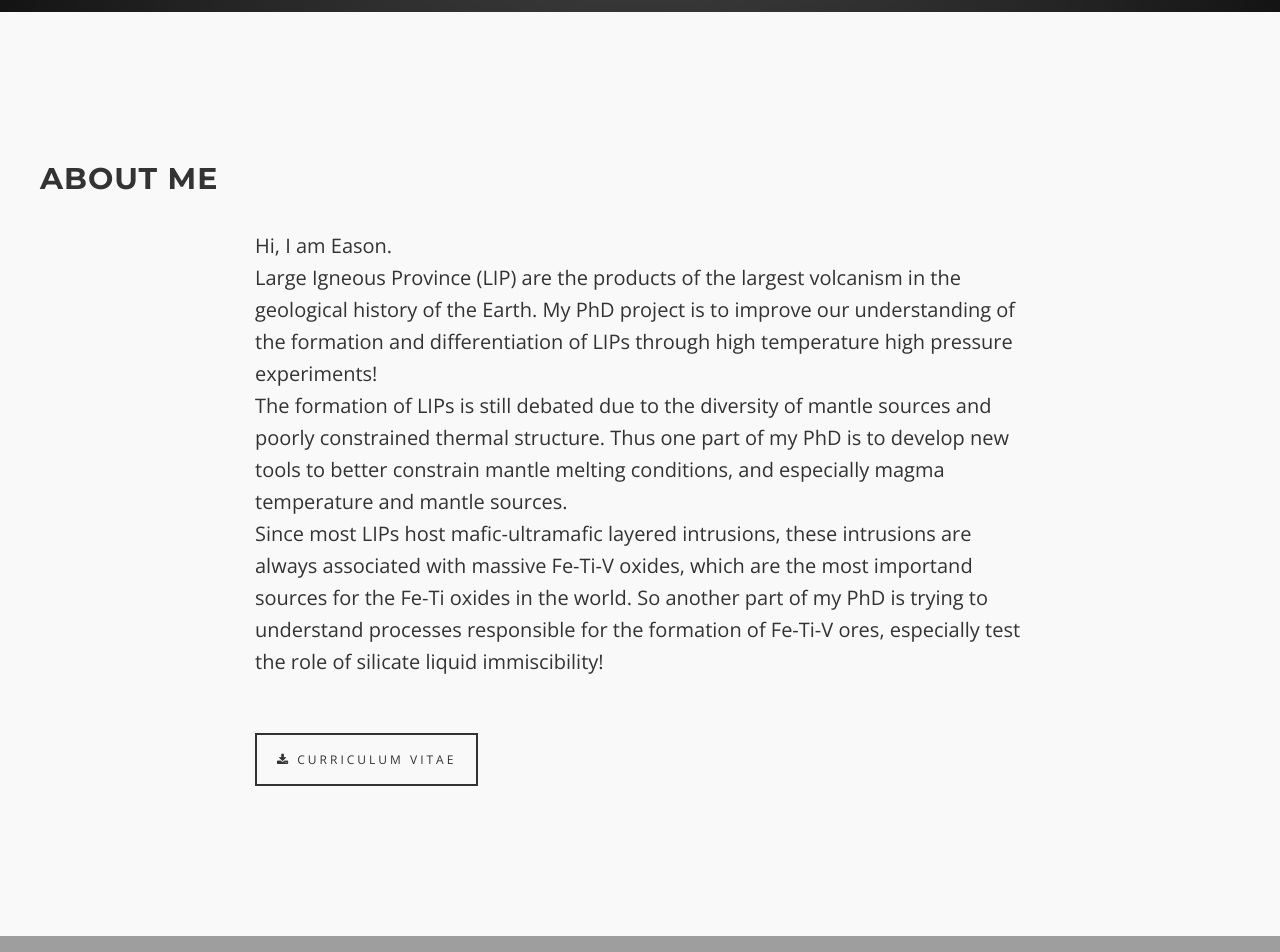
Repository: eazzzon/eazzzon.github.io
Page: aries-v1.0/index.html
These files come from the project's save history. The page is drawn as it stood at one moment and after the next save; the edit follows.
The browser window is 1280 px wide. The pictures show the part of the page from y = 708 to 1660 px (the page is 2916 px tall).
Pictures or frames that could not be fetched are drawn as grey boxes.

Above is the page before, as saved 2021-06-12 09:30:35.

### aries-v1.0/index.html
<!DOCTYPE html>
<html lang="en">
<head>
<meta charset="utf-8">
<meta http-equiv="X-UA-Compatible" content="IE=edge">
<meta name="viewport" content="width=device-width, initial-scale=1">
<meta name="description" content="">
<meta name="author" content="">
<title>ARIES - Free Bootstrap Theme by WowThemes.net</title>
<!-- Bootstrap Core CSS -->
<link href="css/bootstrap.min.css" rel="stylesheet">
<!-- Custom CSS -->
<link href="css/theme.css" rel="stylesheet">
<!-- Custom Fonts -->
<link href="font-awesome/css/font-awesome.min.css" rel="stylesheet" type="text/css">
<link href="http://fonts.googleapis.com/css?family=Open+Sans:300,400,700,400italic,700italic" rel="stylesheet" type="text/css">
<link href="http://fonts.googleapis.com/css?family=Montserrat:400,700" rel="stylesheet" type="text/css">
<!-- HTML5 Shim and Respond.js IE8 support of HTML5 elements and media queries -->
<!-- WARNING: Respond.js doesn't work if you view the page via file:// -->
<!--[if lt IE 9]>
        <script src="https://oss.maxcdn.com/libs/html5shiv/3.7.0/html5shiv.js"></script>
        <script src="https://oss.maxcdn.com/libs/respond.js/1.4.2/respond.min.js"></script>
    <![endif]-->
</head>
<body id="page-top" data-spy="scroll" data-target=".navbar-fixed-top">
<!-- Navigation -->
<nav class="navbar navbar-custom navbar-fixed-top" role="navigation">
<div class="container">
	<div class="navbar-header">
		<button type="button" class="navbar-toggle" data-toggle="collapse" data-target=".navbar-main-collapse">
		<i class="fa fa-bars"></i>
		</button>
		<a class="navbar-brand page-scroll" href="index.html">
		YISHEN </a>
	</div>
	<!-- Collect the nav links, forms, and other content for toggling -->
	<div class="collapse navbar-collapse navbar-right navbar-main-collapse">
		<ul class="nav navbar-nav">
			<li>
			<a href="index.html">Home</a>
			</li>
			<li>
			<a href="portfolio-item.html">publication</a>
			</li>
			<li>
			<a href="page-sample.html">blog</a>
			</li>
			<li>
			<a href="contact.html">open source</a>
			</li>
		</ul>
	</div>
	<!-- /.navbar-collapse -->
</div>
<!-- /.container -->
</nav>
<!-- Intro Header -->
<header class="intro">
<div class="intro-body">
	<div class="container">
		<div class="row">
			<div class="col-md-8 col-md-offset-2">
				<h1 class="brand-heading">YISHEN ZHANG</h1>
				<p class="intro-text">
					PhD | Experimental petrologist | KU Leuven
				</p>
				<a href="#about" class="btn btn-circle page-scroll">
				<i class="fa fa-angle-double-down animated"></i>
				</a>
			</div>
		</div>
	</div>
</div>
</header>
<!-- About Section -->
<section id="about">
<div class="container content-section">
	<div class="row">
		<h2 >ABOUT ME</h2>
		<div class="col-lg-8 col-lg-offset-2">
			<p>
				Hi, I am Eason.
				<br>
				Large Igneous Province (LIP) are the products of the largest volcanism in the geological history of the Earth. My PhD project is to improve our understanding of the formation and differentiation of LIPs through high temperature high pressure experiments!
				<br>
				The formation of LIPs is still debated due to the diversity of mantle sources and poorly constrained thermal structure. Thus one part of my PhD is to develop new tools to better constrain mantle melting conditions, and especially magma temperature and mantle sources.
				<br>
				Since most LIPs host mafic-ultramafic layered intrusions, these intrusions are always associated with massive Fe-Ti-V oxides, which are the most importand sources for the Fe-Ti oxides in the world. So another part of my PhD is trying to understand processes responsible for the formation of Fe-Ti-V ores, especially test the role of silicate liquid immiscibility!

			</p>
			<p>
				<a href="#" class="btnghost"><i class="fa fa-download"></i> Curriculum Vitae</a>
			</p>
		</div>
	</div>
</div>
</section>
<section id="portfolio">
<div class="gallery">
	<ul>
		<li class="col-md-3">
		<a href="portfolio-item.html">
		<img src="http://unsplash.it/680/380?random=1" alt="">
		</a>
		</li>
		<li class="col-md-3">
		<a href="portfolio-item.html">
		<img src="http://unsplash.it/680/380?random=2" alt="">
		</a>
		</li>
		<li class="col-md-3">
		<a href="portfolio-item.html">
		<img src="http://unsplash.it/680/380?random=3" alt="">
		</a>
		</li>
		<li class="col-md-3">
		<a class="image" href="portfolio-item.html">
		<img src="http://unsplash.it/680/380?random=4" alt="">
		</a>
		</li>
		<li class="col-md-3">
		<a href="portfolio-item.html">
		<img src="http://unsplash.it/680/380?random=5" alt="">
		</a>
		</li>
		<li class="col-md-3">
		<a href="portfolio-item.html">
		<img src="http://unsplash.it/680/380?random=6" alt="">
		</a>
		</li>
		<li class="col-md-3">
		<a href="portfolio-item.html">
		<img src="http://unsplash.it/680/380?random=7" alt="">
		</a>
		</li>
		<li class="col-md-3">
		<a href="portfolio-item.html">
		<img src="http://unsplash.it/680/380?random=8" alt="">
		</a>
		</li>
				<li class="col-md-3">
		<a href="portfolio-item.html">
		<img src="http://unsplash.it/680/380?random=10" alt="">
		</a>
		</li>
		<li class="col-md-3">
		<a href="portfolio-item.html">
		<img src="http://unsplash.it/680/380?random=11" alt="">
		</a>
		</li>
		<li class="col-md-3">
		<a href="portfolio-item.html">
		<img src="http://unsplash.it/680/380?random=12" alt="">
		</a>
		</li>
		<li class="col-md-3">
		<a href="portfolio-item.html">
		<img src="http://unsplash.it/680/380?random=13" alt="">
		</a>
		</li>
	</ul>
</div>
</section>
<!-- Contact Section -->
<section id="contact">
<div class="container content-section text-center">
	<div class="row">
		<div class="col-lg-8 col-lg-offset-2">
			<h2>Author's Message</h2>
			<p>
				 If you like "Aries" template, we'd love to hear from you, whether it be feedback, thanks, new template ideas or even just to say hello, we welcome it all!
			</p>
			<p>
				<i><a href="mailto:wowthemesnet@gmail.com" style="border-bottom:1px dashed #ccc;">wowthemesnet@gmail.com</a></i>
			</p>
			<ul class="list-inline banner-social-buttons">
				<li>
				<a href="https://twitter.com/wowthemesnet" class="btn btnghost btn-lg"><i class="fa fa-twitter fa-fw"></i><span class="network-name">Twitter</span></a>
				</li>
				<li>
				<a href="https://www.facebook.com/pages/wowthemesnet/562560840468823" class="btn btnghost btn-lg"><i class="fa fa-facebook fa-fw"></i><span class="network-name">Facebook</span></a>
				</li>
				<li>
				<a href="https://plus.google.com/u/0/b/110916582192388695332/110916582192388695332/posts" class="btn btnghost btn-lg"><i class="fa fa-google-plus fa-fw"></i><span class="network-name">Google+</span></a>
				</li>
			</ul>
		</div>
	</div>
</div>
</section>
<!-- Footer -->
<footer>
<div class="container text-center">
	<p class="credits">
		Copyright &copy; Your Website 2015<br/>
		"Aries" Template by WowThemes.net
	</p>
</div>
</footer>
<!-- jQuery -->
<script src="js/jquery.js"></script>
<!-- Bootstrap Core JavaScript -->
<script src="js/bootstrap.min.js"></script>
<!-- Plugin JavaScript -->
<script src="js/jquery.easing.min.js"></script>
<!-- Custom Theme JavaScript -->
<script src="js/theme.js"></script>
</body>
</html>

### aries-v1.0/css/theme.css
/* Aries v1.0 - by WowThemes.net */
body {
	width:100%;
	height:100%;
	font-family:Open Sans,"Helvetica Neue",Helvetica,Arial,sans-serif;
	color:#fff;
	background-color:#000;
	 font-weight:300;
}
html {
	width:100%;
	height:100%;
}
h1,h2,h3,h4,h5,h6 {
	margin:0 0 35px;
	text-transform:uppercase;
	font-family:Montserrat,"Helvetica Neue",Helvetica,Arial,sans-serif;
	font-weight:700;
	letter-spacing:1px;
}
p {
	margin:0 0 25px;
	font-size:18px;
	line-height:1.5;
}
@media(min-width:768px) {
	p {
		margin:0 0 35px;
		font-size:20px;
		line-height:1.6;
	}
}
a {
	color:inherit;
	-webkit-transition:all .2s ease-in-out;
	-moz-transition:all .2s ease-in-out;
	transition:all .2s ease-in-out;
}
a:hover,a:focus {
	text-decoration:none;
	color:inherit;
}
.light {
	font-weight:400;
}
.navbar-custom {
	margin-bottom:0;
	border-bottom:1px solid rgba(255,255,255,.3);
	text-transform:uppercase;
	font-family:Montserrat,"Helvetica Neue",Helvetica,Arial,sans-serif;
	background-color:#000;
}
.navbar-custom .navbar-brand {
	font-size:20px;
	text-transform:none;
	letter-spacing:1px;
}
.navbar-custom .navbar-brand:focus {
	outline:0;
}
.navbar-custom .navbar-brand .navbar-toggle {
	padding:4px 6px;
	font-size:16px;
	color:#fff;
}
.navbar-custom .navbar-brand .navbar-toggle:focus,.navbar-custom .navbar-brand .navbar-toggle:active {
	outline:0;
}
.navbar-custom a {
}
.navbar-custom .nav li a {
	-webkit-transition:background .3s ease-in-out;
	-moz-transition:background .3s ease-in-out;
	transition:background .3s ease-in-out;
}
.navbar-custom .nav li a:hover {
	outline:0;
	color:#1ba39c;
	background-color:transparent;
}
.navbar-custom .nav li a:focus,.navbar-custom .nav li a:active {
	outline:0;
	background-color:transparent;
}
.navbar-custom .nav li.active {
	outline:0;
}
.navbar-custom .nav li.active a {
	color:#1ba39c;
}
.navbar-custom .nav li.active a:hover {
	color:#1ba39c;
}
@media(min-width:768px) {
	.navbar-custom {
		padding:20px 0;
		border-bottom:0;
		font-size:13px;
		background:0 0;
		-webkit-transition:background .5s ease-in-out,padding .5s ease-in-out;
		-moz-transition:background .5s ease-in-out,padding .5s ease-in-out;
		transition:background .5s ease-in-out,padding .5s ease-in-out;
	}
		 .navbar-custom.top-nav-collapse {
		 padding:0;
		border-bottom:1px solid rgba(255,255,255,.3);
		color:#333;
			background:#fff;
	}
	.navbar-custom.top-nav-collapse a {
		color:#333;
		display:inline-block;
	}
}
.intro {
	display:table;
	width:100%;
	height:auto;
	padding:100px 0 100px 0;
	text-align:center;
	color:#fff;
	background-image:radial-gradient(circle at 50% 50%,rgba(0,0,0,0.46),rgba(0,0,0,0.88)),url('http://unsplash.it/1600/1400?random=9');
	-webkit-background-size:cover;
	-moz-background-size:cover;
	background-size:cover;
	-o-background-size:cover;
}
.intro .intro-body {
	display:table-cell;
	vertical-align:middle;
}
.intro .intro-body .brand-heading {
	font-size:40px;
}
.intro .intro-body .intro-text {
	font-size:18px;
}
@media(min-width:768px) {
	.intro {
		height:100%;
		padding:0;
	}
	.intro .intro-body .brand-heading {
		font-size:60px;
		margin-top:90px;
		margin-bottom:20px;
		border-top:2px solid #fff;
		border-bottom:2px solid #fff;
		display:inline-block;
		padding:10px 0;
	}
	.intro .intro-body .intro-text {
		font-size:20px;
			font-weight:300;
			letter-spacing:3px;
	}
}
.btn-circle {
	width:50px;
	height:50px;
	margin-top:15px;
	line-height:40px;
	text-align:center;
	border:2px solid #fff;
	border-radius:100%!important;
	font-size:20px;
	color:#fff;
	background:0 0;
	-webkit-transition:background .3s ease-in-out;
	-moz-transition:background .3s ease-in-out;
	transition:background .3s ease-in-out;
}
.btn-circle:hover,.btn-circle:focus {
	outline:0;
	color:#fff;
	background:rgba(255,255,255,.1);
}
.btn-circle i.animated {
	-webkit-transition-property:-webkit-transform;
	-webkit-transition-duration:1s;
	-moz-transition-property:-moz-transform;
	-moz-transition-duration:1s;
}
.btn-circle:hover i.animated {
	-webkit-animation-name:pulse;
	-moz-animation-name:pulse;
	-webkit-animation-duration:1.5s;
	-moz-animation-duration:1.5s;
	-webkit-animation-iteration-count:infinite;
	-moz-animation-iteration-count:infinite;
	-webkit-animation-timing-function:linear;
	-moz-animation-timing-function:linear;
}
@-webkit-keyframes pulse {
	0% {
		-webkit-transform:scale(1);
		transform:scale(1);
	}
	50% {
		-webkit-transform:scale(1.2);
		transform:scale(1.2);
	}
	100% {
		-webkit-transform:scale(1);
		transform:scale(1);
	}
}
@-moz-keyframes pulse {
	0% {
		-moz-transform:scale(1);
		transform:scale(1);
	}
	50% {
		-moz-transform:scale(1.2);
		transform:scale(1.2);
	}
	100% {
		-moz-transform:scale(1);
		transform:scale(1);
	}
}
.content-section {
	padding:40px 0;
	clear:both;
}
@media(min-width:767px) {
	.content-section {
		padding:150px 0;
			 clear:both;
	}
}
.btn {
	border-radius:0;
	text-transform:uppercase;
	font-family:Montserrat,"Helvetica Neue",Helvetica,Arial,sans-serif;
	font-weight:400;
	-webkit-transition:all .3s ease-in-out;
	-moz-transition:all .3s ease-in-out;
	transition:all .3s ease-in-out;
}
.btn-default {
	border:1px solid #42dca3;
	color:#42dca3;
	background-color:transparent;
}
.btn-default:hover,.btn-default:focus {
	border:1px solid #42dca3;
	outline:0;
	color:#000;
	background-color:#42dca3;
}
ul.banner-social-buttons {
	margin-top:0;
}
@media(max-width:1199px) {
	ul.banner-social-buttons {
		margin-top:15px;
	}
}
@media(max-width:767px) {
	ul.banner-social-buttons li {
		display:block;
		margin-bottom:20px;
		padding:0;
	}
	ul.banner-social-buttons li:last-child {
		margin-bottom:0;
	}
}
footer {
	padding:40px 0;
	z-index:1;
	position:relative;
	clear:both;
}
footer p {
	margin:0;
	font-size:15px;
}
footer p.credits {
	text-transform:uppercase;
	font-size:13px;
	letter-spacing:3px;
}
::-moz-selection {
	text-shadow:none;
	background:#fcfcfc;
	background:rgba(255,255,255,.2);
}
::selection {
	text-shadow:none;
	background:#fcfcfc;
	background:rgba(255,255,255,.2);
}
img::selection {
	background:0 0;
}
img::-moz-selection {
	background:0 0;
}
body {
	webkit-tap-highlight-color:rgba(255,255,255,.2);
}
.bgblue {
	background:#22292c;
}
.inlineblock {
	display:inline-block;
}
p:last-child {
	margin-bottom:0;
}
p.lead {
	line-height:1.9;
}
.btnghost {
	border:2px solid #333;
	background-color:transparent;
	padding:15px 20px;
	letter-spacing:3px;
	font-size:12px;
	text-transform:uppercase;
	font-weight:400;
	color:#333;
	margin-top:20px;
	display:inline-block;
}
.btnghost:hover {
	background-color:#333;
	color:#fff;
	border:2px solid #333;
}
.bgcover {
	background-size:cover;
	background-repeat:no-repeat;
	position:relative;
}
img {
	max-width:100%;
}
.gallery ul {
	padding:0;
	margin:0;
}
.gallery img {
	max-width:100%;
	height:auto;
	padding:0;
	margin:0;
}
.gallery ul li {
	margin:0;
	position:relative;
	list-style:none;
	float:left;
	padding:0;
}
.gallery ul li a {
	display:block;
	position:relative;
	width:100%;
	height:100%;
	margin:0;
	padding:0;
	line-height:0;
}
.gallery ul li a:before {
	position:absolute;
	width:32px;
	height:32px;
	top:40%;
	left:50%;
	margin:-14px 0 0 -16px;
	background: url(data:[embedded picture, 2228 characters]) no-repeat;
	content:"";
	opacity:0;
	z-index:1;
	-webkit-transition:all 0.3s linear;
	-moz-transition:all 0.3s linear;
	transition:all 0.3s linear;
}
.gallery ul li a:hover:before {
	top:50%;
	opacity:1;
}
.gallery ul li a:after {
	position:absolute;
	width:100%;
	top:0;
	bottom:0;
	background:rgba(0,0,0,0.3);
	content:"";
	opacity:0;
	-webkit-transition:all 0.3s linear;
	-moz-transition:all 0.3s linear;
	transition:all 0.3s linear;
}
.gallery ul li a:hover:after {
	opacity:1;
}
section:after {
	float:none;
	clear:both;
}
section {
	background-color:#f9f9f9;
	color:#333;
	overflow:hidden;
}
.done {
	display:none;
}
.error input,input.error,.error textarea,textarea.error {
	background-color:#ffffff;
	border-bottom:2px solid orangered !Important;
	-webkit-transition:border linear 0.2s,box-shadow linear 0.2s;
	-moz-transition:border linear 0.2s,box-shadow linear 0.2s;
	-o-transition:border linear 0.2s,box-shadow linear 0.2s;
	transition:border linear 0.2s,box-shadow linear 0.2s;
}
#contactform input,#contactform textarea {
	border:0px;
	border-bottom:2px solid #333;
	width:100%;
	background-color:transparent;
	padding:20px 0px;
	text-transform:uppercase;
	letter-spacing:2px;
	margin-bottom:20px;
}
#contactform input#submit {
	width:auto;
	border:2px solid;
	padding:10px 20px;
	display:inline-block;
}
#contactform input#submit:hover {
	background-color:#333;
	color:#fff;
	border:2px solid #333;
}
#contactform input:focus,#contactform input:active,#contactform textarea:focus,#contactform textarea:active {
	border-top:0px;
	border-bottom:2px solid lightseagreen;
	outline:0;
	outline: none;
}

### js/theme.js
// jQuery to collapse the navbar on scroll
$(window).scroll(function() {
    if ($(".navbar").offset().top > 50) {
        $(".navbar-fixed-top").addClass("top-nav-collapse");
    } else {
        $(".navbar-fixed-top").removeClass("top-nav-collapse");
    }
});

// jQuery for page scrolling feature - requires jQuery Easing plugin
$(function() {
    $('a.page-scroll').bind('click', function(event) {
        var $anchor = $(this);
        $('html, body').stop().animate({
            scrollTop: $($anchor.attr('href')).offset().top
        }, 1500, 'easeInOutExpo');
        event.preventDefault();
    });
});

// Closes the Responsive Menu on Menu Item Click
$('.navbar-collapse ul li a').click(function() {
    $('.navbar-toggle:visible').click();
});

Loaded but not shown: css/bootstrap.min.css (library); font-awesome/css/font-awesome.min.css (library); js/jquery.js (library); js/bootstrap.min.js (library); js/jquery.easing.min.js (library)

After the next save:
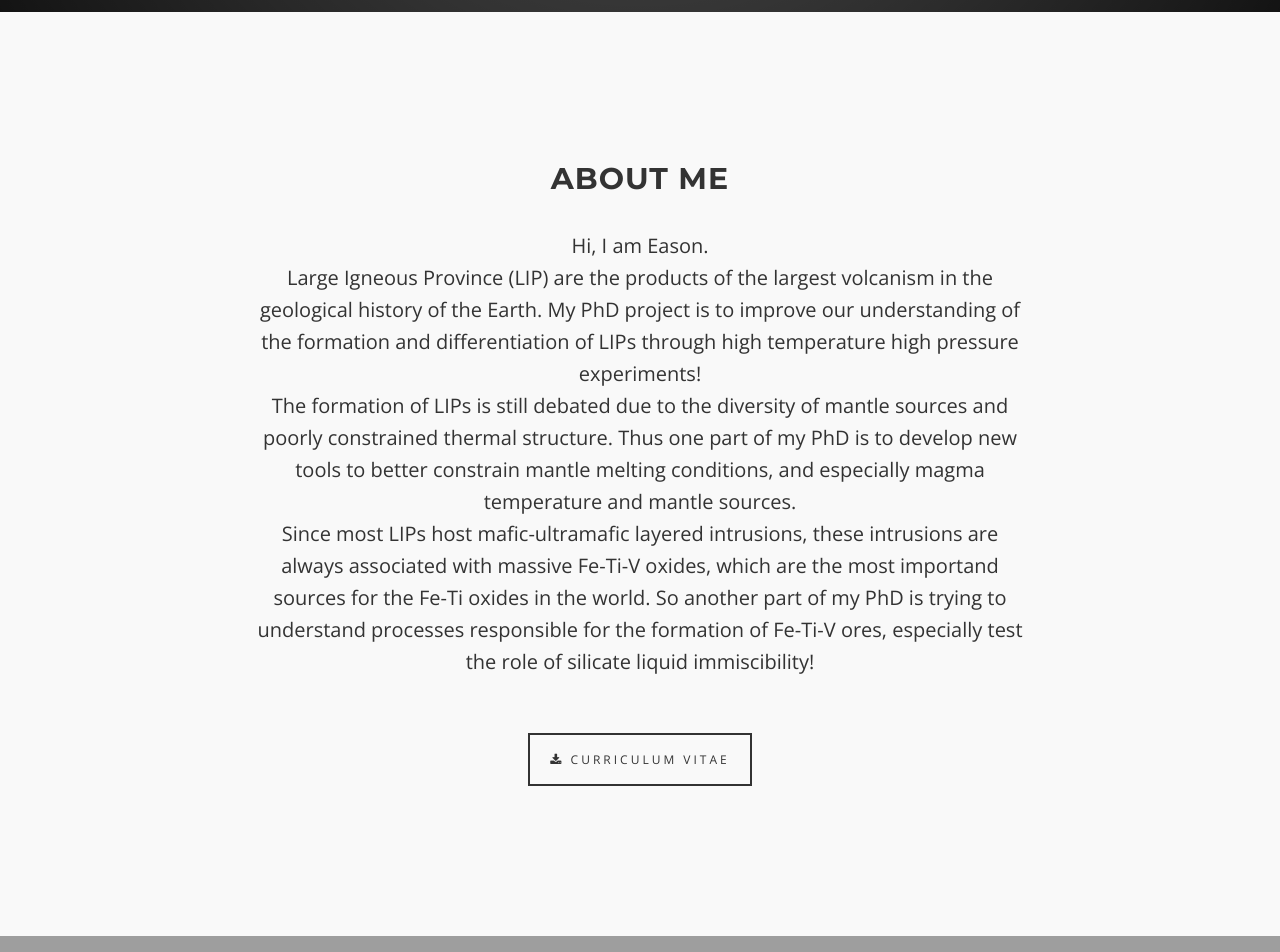
Saved 8 s later.
--- a/aries-v1.0/index.html
+++ b/aries-v1.0/index.html
@@ -74,7 +74,7 @@
 </header>
 <!-- About Section -->
 <section id="about">
-<div class="container content-section">
+<div class="container content-section text-center">
 	<div class="row">
 		<h2 >ABOUT ME</h2>
 		<div class="col-lg-8 col-lg-offset-2">
